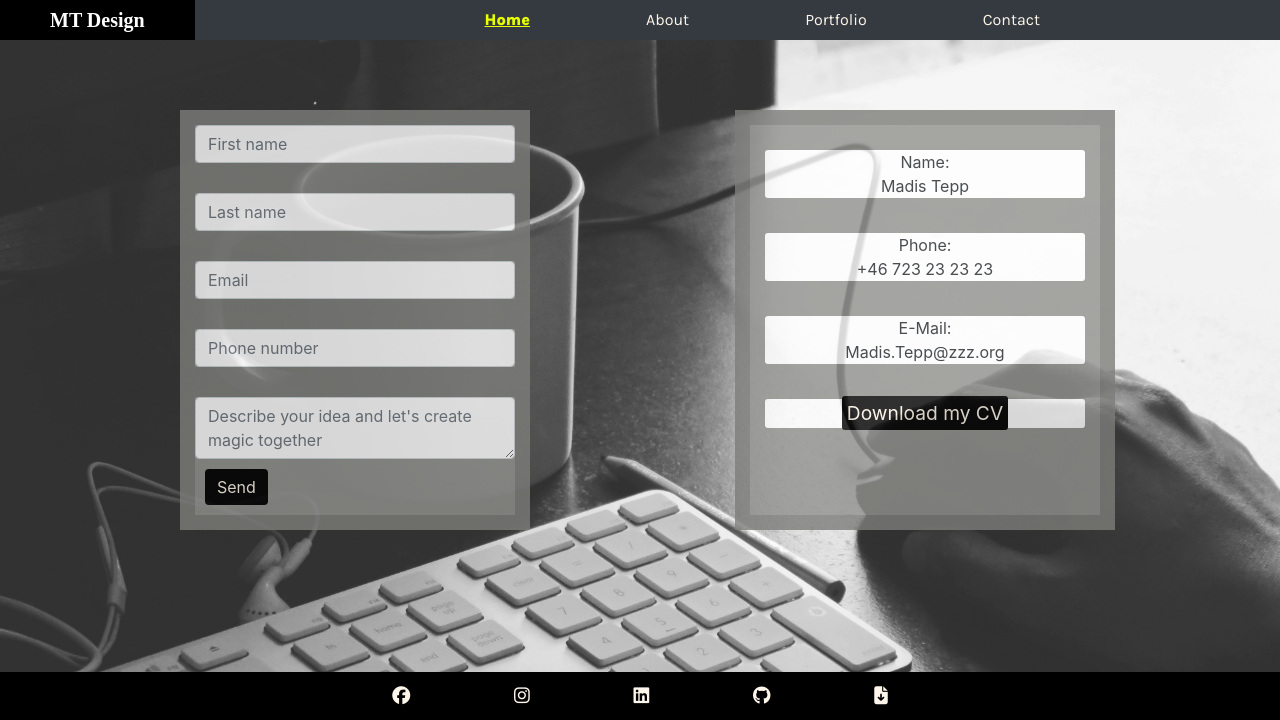
Repository: teppm/personal-portfolio
Page: contact.html
The author's editor kept a record of every edit. The page is drawn from the files as they stood at one moment, then again after the next edit.
The browser window is 1280 px wide. The pictures show the whole page.
Some web libraries are served in a nearby version.

Above is the page before.

After the next edit:
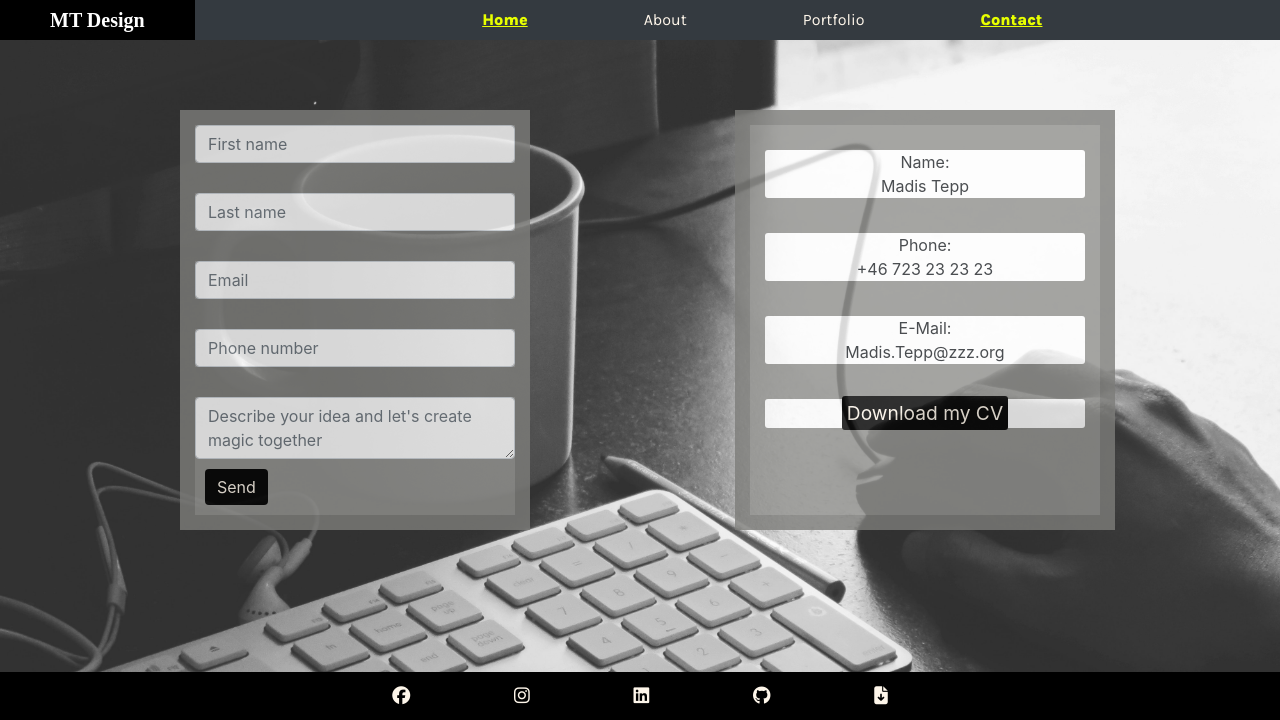
The edit:
--- a/contact.html
+++ b/contact.html
@@ -33,8 +33,8 @@
             <li class="nav-item">
                 <a class="nav-link" href="portfolio.html">Portfolio</a>
             </li>
-            <li class="nav-item">
-                <a class="nav-link" href="contact.html">Contact</a>
+            <li class="nav-item active">
+                <a class="nav-link" href="contact.html">Contact <span class="sr-only">(current)</span></a>
             </li>
         </ul>
     </div>
